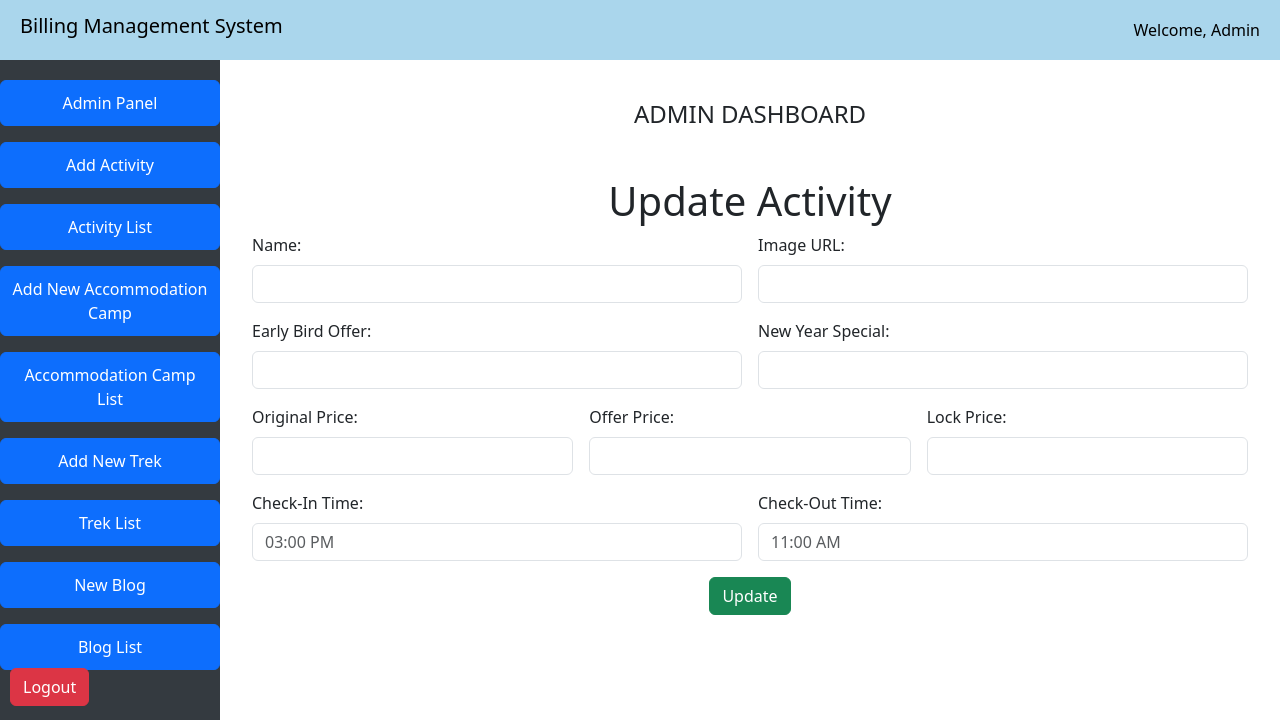
Repository: ruturajsurwase/Thymleaf-Projects
Page: http://localhost/update-activity-form
An editor plug-in stored every save of this project. The page is shown before and after the next save, followed by the edit.
The browser window is 1280 px wide. The pictures show the whole page.
The page is this project's Thymeleaf template; nobody is signed in. The template is opened directly, without the code that normally fills it, so the values that code supplies are empty.

Above is the page before, as saved 2024-12-16 08:42:37.

### WEEKENDFEELS/src/main/resources/templates/update-activity-form.html
<!DOCTYPE html>
<html xmlns:th="http://www.thymeleaf.org">

<head>
    <title>Add Camping Activity</title>
    <!-- Bootstrap CSS -->
    <link href="https://cdn.jsdelivr.net/npm/bootstrap@5.3.0-alpha3/dist/css/bootstrap.min.css" rel="stylesheet">
</head>
<style>
.container {
	margin-top: 30px;
}

.topbar {
	width: 100%;
	height: 60px;
	background-color: #aad6ec;
	color: black;
	position: fixed;
	top: 0;
	left: 0;
	z-index: 1000;
	display: flex;
	align-items: center;
	justify-content: space-between;
	padding: 0 20px;
}

.sidebar {
	height: 100vh;
	position: fixed;
	left: 0;
	top: 60px;
	background-color: #343a40;
	color: white;
	padding-top: 20px;
	width: 220px;
}

.sidebar a {
	color: white;
	display: block;
	padding: 10px;
	text-decoration: none;
	font-size: 16px;
}

.sidebar a:hover {
	background-color: #81b1ce;
}

.content {
	margin-left: 220px;
	margin-top: 80px;
	padding: 20px;
}

.table th, .table td {
	vertical-align: middle;
}

.logout-btn {
	position: absolute;
	bottom: 74px;
	width: 90%;
	left: 10px;
}

</style>
<body>


	<!-- Topbar -->
	<div class="topbar">
		<div class="logo">
			<h5> Billing Management System</h5>
		</div>
		<div class="user-info">
			<span>Welcome, Admin</span>
		</div>
	</div>

	<!-- Sidebar -->
<div class="sidebar">


      <a href="/" class="btn btn-primary btn-block mb-3">Admin Panel</a>

		<a href="/add" 	class="btn btn-primary btn-block mb-3">Add Activity</a>

		<a href="/listActivities" 	class="btn btn-primary btn-block mb-3">Activity List</a>

		<a href="/accommodations/add" class="btn btn-primary btn-block mb-3">Add New Accommodation Camp</a>

	    	   <a href="/accommodations" class="btn btn-primary btn-block mb-3">Accommodation Camp List</a>

	    <a href="/trek/add" class="btn btn-primary btn-block mb-3">Add New Trek</a>

	        <a href="/treks" class="btn btn-primary btn-block mb-3">Trek List</a>

	       <a href="/articles/new" class="btn btn-primary btn-block mb-3"> New Blog</a>

	  <a href="/articles/list" class="btn btn-primary btn-block mb-3">Blog List</a>

    <form th:action="@{/logout}" method="post" class="logout-btn">
        <button type="submit" class="btn btn-danger btn-block">Logout</button>
    </form>


</div>

	<!-- Main Content -->
	<div class="content">
		<h4 class="text-center">ADMIN DASHBOARD</h4>



    <div class="container mt-5">
               <h1 class="text-center">Update Activity</h1>
        <form th:action="@{/activities/update}" th:object="${activity}" method="post" class="row g-3">
            <input type="hidden" th:field="*{id}" /> <!-- Hidden field for ID -->

            <div class="col-md-6">
                <label class="form-label">Name:</label>
                <input type="text" th:field="*{name}" class="form-control" required />
            </div>

            <div class="col-md-6">
                <label class="form-label">Image URL:</label>
                <input type="text" th:field="*{imageUrl}" class="form-control" required />
            </div>

            <div class="col-md-6">
                <label class="form-label">Early Bird Offer:</label>
                <input type="text" th:field="*{earlyBirdOffer}" class="form-control" />
            </div>

            <div class="col-md-6">
                <label class="form-label">New Year Special:</label>
                <input type="text" th:field="*{newYearSpecial}" class="form-control" />
            </div>

            <div class="col-md-4">
                <label class="form-label">Original Price:</label>
                <input type="number" th:field="*{originalPrice}" class="form-control" required />
            </div>

            <div class="col-md-4">
                <label class="form-label">Offer Price:</label>
                <input type="number" th:field="*{offerPrice}" class="form-control" required />
            </div>

            <div class="col-md-4">
                <label class="form-label">Lock Price:</label>
                <input type="number" th:field="*{lockPrice}" class="form-control" required />
            </div>

            <div class="col-md-6">
                <label class="form-label">Check-In Time:</label>
                <input type="text" th:field="*{checkInTime}" class="form-control" placeholder="03:00 PM" required />
            </div>

            <div class="col-md-6">
                <label class="form-label">Check-Out Time:</label>
                <input type="text" th:field="*{checkOutTime}" class="form-control" placeholder="11:00 AM" required />
            </div>

            <div class="col-12 text-center">
                <button type="submit" class="btn btn-success">Update</button>
            </div>
        </form>


    </div>
</div>
    <!-- Bootstrap JS -->
    <script src="https://cdn.jsdelivr.net/npm/bootstrap@5.3.0-alpha3/dist/js/bootstrap.bundle.min.js"></script>


</body>

</html>

After the next save:
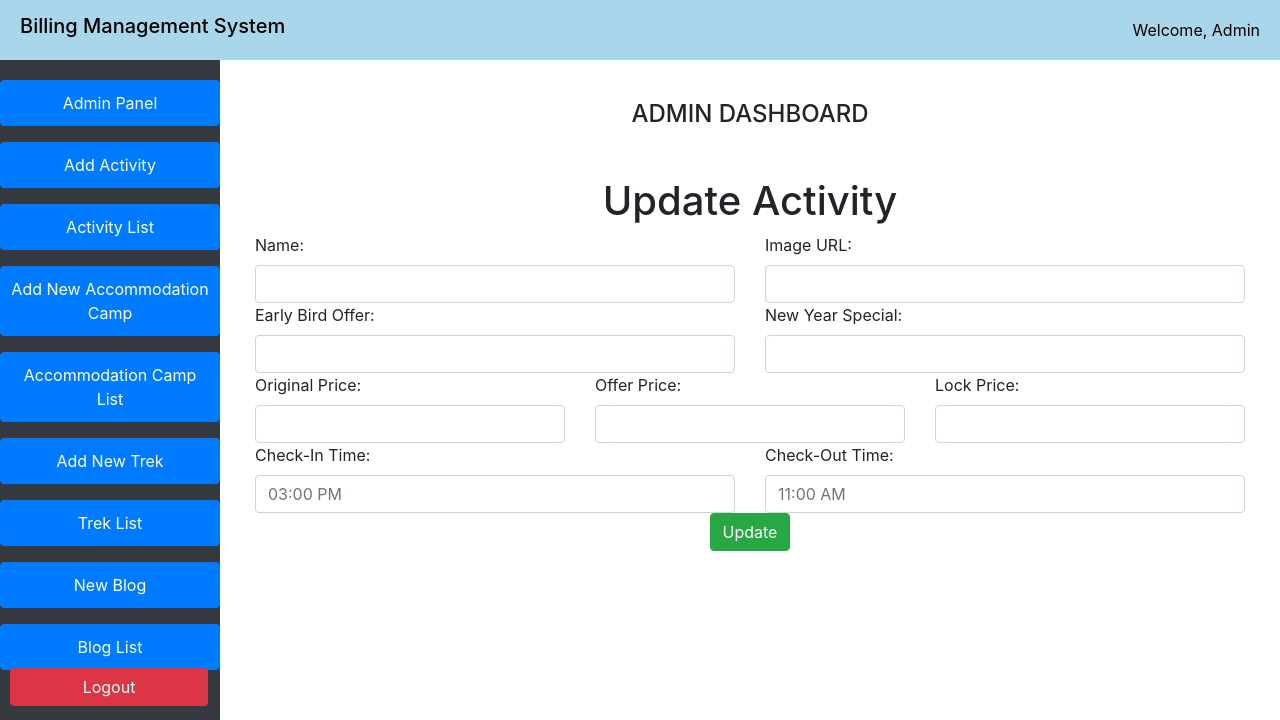
Saved 38 s later.
--- a/WEEKENDFEELS/src/main/resources/templates/update-activity-form.html
+++ b/WEEKENDFEELS/src/main/resources/templates/update-activity-form.html
@@ -1,11 +1,10 @@
 <!DOCTYPE html>
 <html xmlns:th="http://www.thymeleaf.org">
-
 <head>
-    <title>Add Camping Activity</title>
-    <!-- Bootstrap CSS -->
-    <link href="https://cdn.jsdelivr.net/npm/bootstrap@5.3.0-alpha3/dist/css/bootstrap.min.css" rel="stylesheet">
-</head>
+<title>Management System</title>
+<link
+	href="https://maxcdn.bootstrapcdn.com/bootstrap/4.5.2/css/bootstrap.min.css"
+	rel="stylesheet">
 <style>
 .container {
 	margin-top: 30px;
@@ -67,8 +66,8 @@
 }
 
 </style>
+</head>
 <body>
-
 
 	<!-- Topbar -->
 	<div class="topbar">
@@ -83,8 +82,7 @@
 	<!-- Sidebar -->
 <div class="sidebar">
 
-
-      <a href="/" class="btn btn-primary btn-block mb-3">Admin Panel</a>
+        <a href="/" class="btn btn-primary btn-block mb-3">Admin Panel</a>
 
 		<a href="/add" 	class="btn btn-primary btn-block mb-3">Add Activity</a>
 
@@ -92,16 +90,17 @@
 
 		<a href="/accommodations/add" class="btn btn-primary btn-block mb-3">Add New Accommodation Camp</a>
 
-	    	   <a href="/accommodations" class="btn btn-primary btn-block mb-3">Accommodation Camp List</a>
+	   <a href="/accommodations" class="btn btn-primary btn-block mb-3">Accommodation Camp List</a>
 
 	    <a href="/trek/add" class="btn btn-primary btn-block mb-3">Add New Trek</a>
 
-	        <a href="/treks" class="btn btn-primary btn-block mb-3">Trek List</a>
+	    <a href="/treks" class="btn btn-primary btn-block mb-3">Trek List</a>
 
-	       <a href="/articles/new" class="btn btn-primary btn-block mb-3"> New Blog</a>
+	     <a href="/articles/new" class="btn btn-primary btn-block mb-3"> New Blog</a>
 
 	  <a href="/articles/list" class="btn btn-primary btn-block mb-3">Blog List</a>
 
+		<!-- Logout Button -->
     <form th:action="@{/logout}" method="post" class="logout-btn">
         <button type="submit" class="btn btn-danger btn-block">Logout</button>
     </form>
